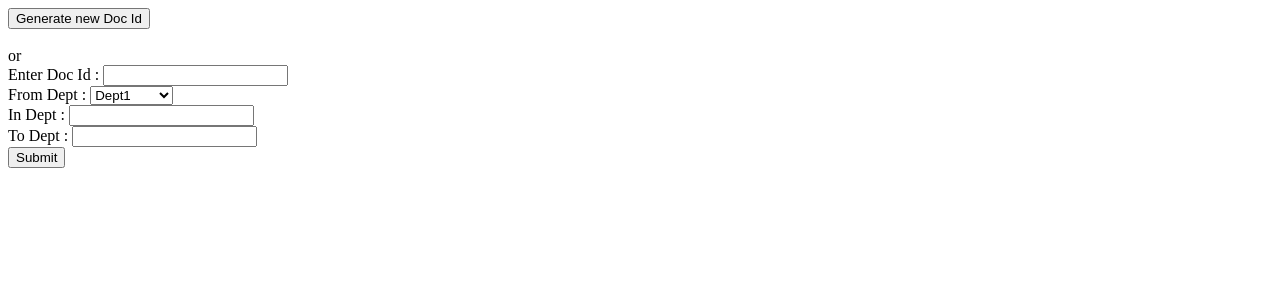
Repository: javaSingh/java
Page: workspace/minor project with inder 7th sem/WebContent/newdocreceived.html
These files come from the project's save history. The page is drawn as it stood at one moment and after the next save; the edit follows.
The browser window is 1280 px wide. The pictures show the whole page.

Above is the page before, as saved 2014-10-19 15:41:59.

After the next save:
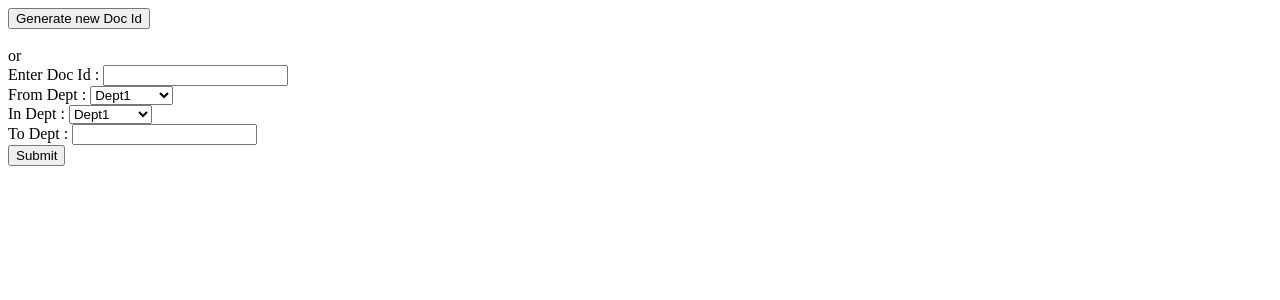
Saved 38 s later.
--- a/workspace/minor project with inder 7th sem/WebContent/newdocreceived.html
+++ b/workspace/minor project with inder 7th sem/WebContent/newdocreceived.html
@@ -29,7 +29,13 @@ From Dept : <select name='fromdept'>
   <option value="Staff">Staff</option>
   <option value="Student">Student</option>
 </select><br>
-In Dept : <input type='text' name='indept'  ></input><br>
+In Dept : <select name='indept'>
+  <option value="Dept1">Dept1</option>
+  <option value="Dept2">Dept2</option>
+  <option value="Dept3">Dept3</option>
+  <option value="Dept4">Dept4</option>
+  <option value="Reception">Reception</option>
+</select><br>
 To Dept : <input type='text' name='todept'  ></input><br>
 <input type='submit'></input>
 
